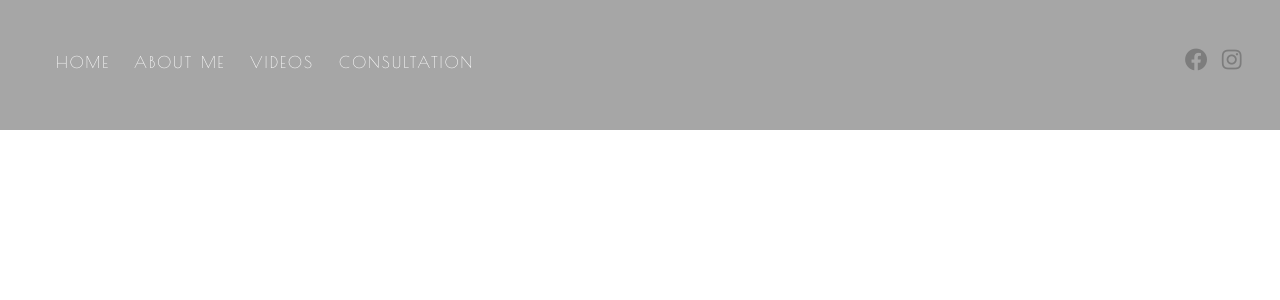
Repository: Aleksandre19/cv-ucmp
Page: index.html
The author's editor kept a record of every edit. The page is drawn from the files as they stood at one moment, then again after the next edit.
The browser window is 1280 px wide. The pictures show the whole page.
Some web libraries are served in a nearby version.

Above is the page before.

### index.html
<!DOCTYPE html>
<html lang="en">

<head>
    <meta charset="UTF-8">
    <meta name="viewport" content="width=device-width, initial-scale=1.0">
    <meta http-equiv="X-UA-Compatible" content="ie=edge">
    <link rel="stylesheet" href="https://stackpath.bootstrapcdn.com/bootstrap/4.4.1/css/bootstrap.min.css" integrity="sha384-Vkoo8x4CGsO3+Hhxv8T/Q5PaXtkKtu6ug5TOeNV6gBiFeWPGFN9MuhOf23Q9Ifjh" crossorigin="anonymous">
    <link rel="stylesheet" href="https://cdnjs.cloudflare.com/ajax/libs/hover.css/2.3.1/css/hover-min.css" type="text/css" />
    <link rel="stylesheet" href="https://cdnjs.cloudflare.com/ajax/libs/font-awesome/5.11.2/css/all.min.css" type="text/css" />
    <link rel="stylesheet" href="assets/css/style.css" type="text/css" />
    <title>Document</title>
</head>

<body>

    <!-- All site wrapper div -->
    <div id="wrapper">

        <!-- HEADER -->
        <header class="container-fluid">
            <div class="row">

                <!-- TOP MAIN MENU -->
                <div class="col-10">
                    <nav>
                        <ul class="main-menu">
                            <li><a href="#" class="hvr-float ">home</a></li>
                            <li><a href="#" class="hvr-float">about me</a></li>
                            <li><a href="#" class="hvr-float">videos</a></li>
                            <li><a href="#" class="hvr-float">consultation</a></li>
                        </ul>
                    </nav>
                </div>
                <!-- / TOP MAIN MENU -->

                <!-- TOP SOCIAL LINKS -->
                <div class="col-2 social-links">
                    <!-- I use id sl-wrapper ro sipmly take right margin -->
                    <div id="sl-wrapper">
                        <a href="http://www.facebook.com" target="_blank"><i class="fab fa-facebook"></i></a>
                        <a href="http://www.instagram.com" target="_blank"><i class="fab fa-instagram"></i></a>
                    </div>
                </div>
                <!-- /TOP SOCIAL LINKS -->

            </div>
        </header>
        <!-- /HEADER -->

    </div>
    <!-- / All site wrapper div -->
</body>

</html>

### assets/css/style.css
@import url('https://fonts.googleapis.com/css?family=Poiret+One&display=swap');

html,body{
    height: 100%;
}

*{
    margin: 0;
    padding: 0;
    border: 0;
}

body{
    backgournd-color: #f6f6f6;
    font-size: 1em;

}

#wrapper{
    width: 100%;
    height:100%;
}






/* #################### HEADER ###################### */

header{
    height: 130px;
    background-color: rgba(0,0,0, 0.35);
    position: fixed;

}


/*  Main Menu */

.main-menu, .social-links a{ /* Aligning menu links and social icons on one line */
    line-height: 120px;
}

.main-menu{ /* Marging menu from left */
    margin-left: 2%;
}

.main-menu li{
    list-style: none;
    display: inline;
    margin-left: 20px;
}

.main-menu li a{
   font-family: "Poiret One";
   font-size: 1em;
   text-transform: uppercase;
   color: #fff;
   letter-spacing: 2px;
   transition: all 0.35s ease-in-out;
   -webkit-transition: all 0.35s ease-in-out;
   -moz-transition: all 0.35s ease-in-out;
   -o-transition: all 0.35s ease-in-out;
}

.main-menu li a:hover{
    text-decoration: none;
    color: #00dddb;
}

/* END Main Menu */

/* Social Links */

.social-links{ /* Aligning social links to right */
    text-align: right;
}


#sl-wrapper{ /* Marging social links from left */
    margin-right: 10%;
}

.social-links a{
    text-decoration: none;
    font-size: 1.414em;
    color: rgba(0,0,0, .25);
    margin: 0px 5px;
    transition: color 0.35s ease-in-out;
   -webkit-transition: color 0.35s ease-in-out;
   -moz-transition: color 0.35s ease-in-out;
   -o-transition: color 0.35s ease-in-out;

}


.social-links a:hover{
    color: rgba(0,219,221, 1);
}

/* END Social Links */





/* #################### END HEADER ################## */


/* ######## RESPONSIVE DESIGN ######### */

/* Responsive typography scale for mobile and tablet */

@media (max-width: 768px){ /* Adjusting menu links size on mobile and tablets */
    .main-menu li a{
       font-size: 1.3em;
     }

     .social-links a{ /* Adjusting social links size on tablet and mobile */
         font-size: 1.8em;
     }
}



/* ######## END RESPONSIVE DESIGN ################### */

After the next edit:
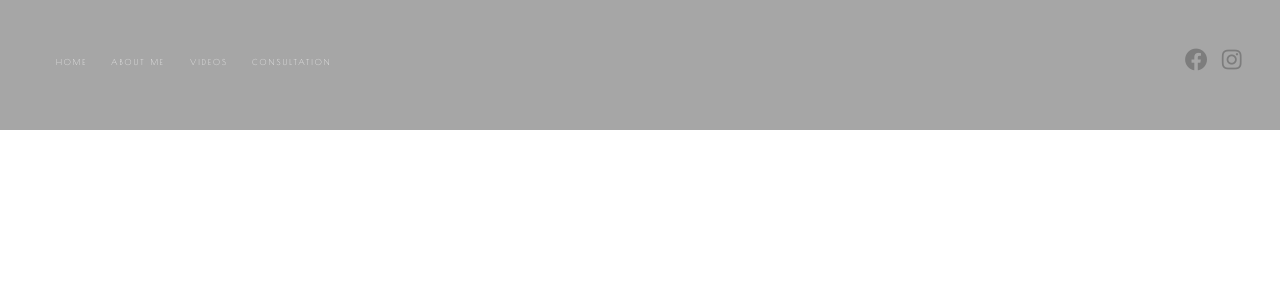
The edit:
--- a/assets/css/style.css
+++ b/assets/css/style.css
@@ -54,7 +54,7 @@ header{
 
 .main-menu li a{
    font-family: "Poiret One";
-   font-size: 1em;
+   font-size: 0.5em;
    text-transform: uppercase;
    color: #fff;
    letter-spacing: 2px;
